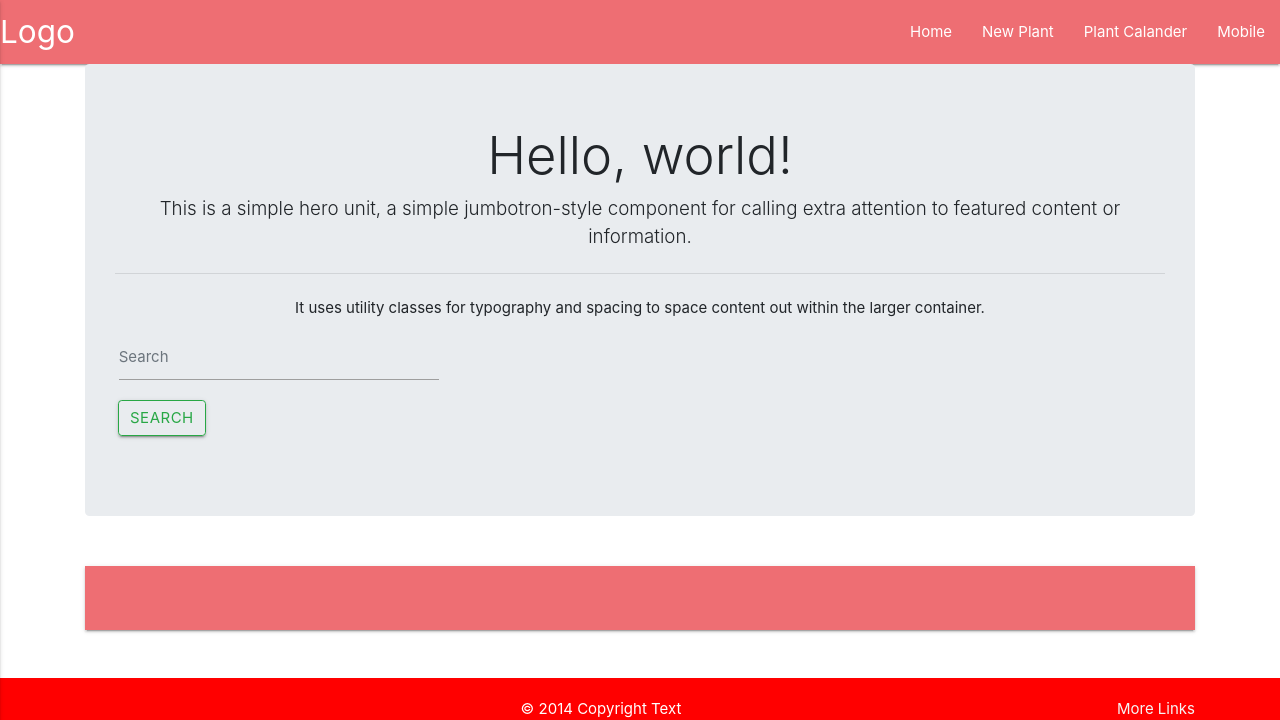
Repository: Lemoenskil/Milestone_project_3_Garden_planner
Page: http://localhost/
The author's editor kept a record of every edit. The page is drawn from the files as they stood at one moment, then again after the next edit.
The browser window is 1280 px wide. The pictures show the whole page.
Some web libraries are served in a nearby version. The page is served by the project's application, run on Flask 3 (app.py). Queries for data that is not in the repository find no rows.

Above is the page before.
Console error: TypeError: $(...).floatingActionButton is not a function

After the next edit:
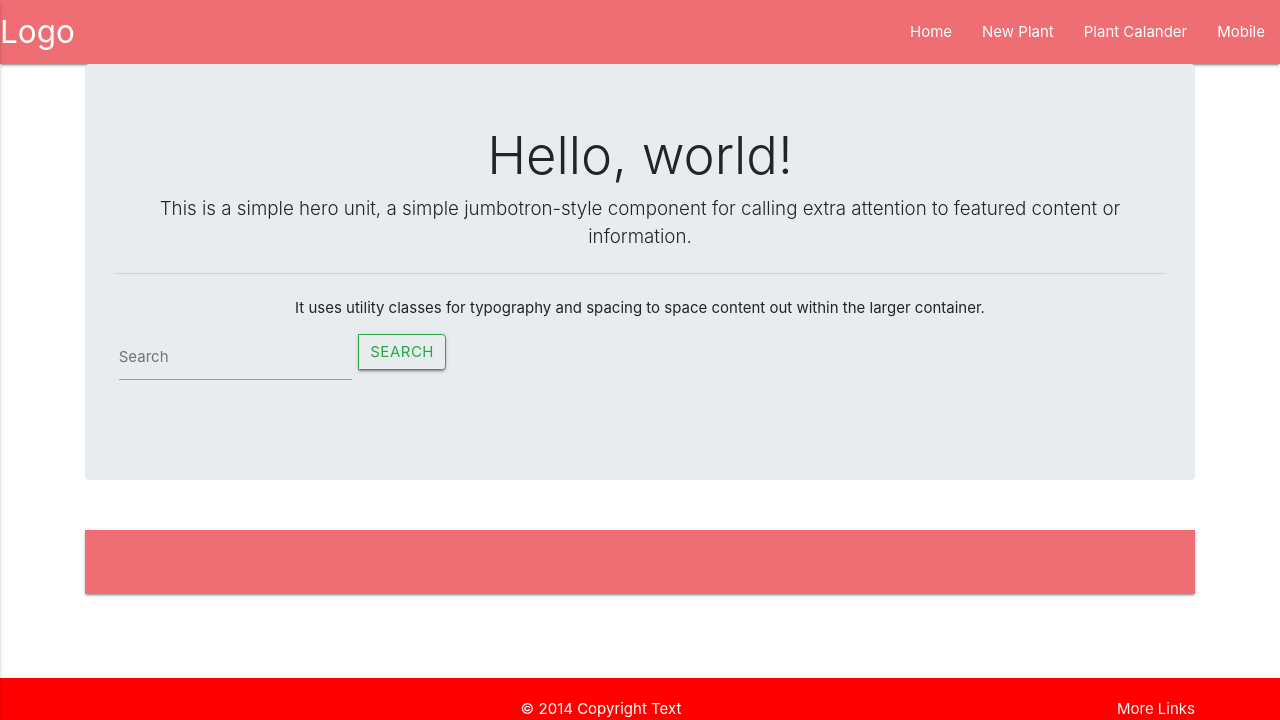
The edit:
--- a/templates/plant_records.html
+++ b/templates/plant_records.html
@@ -9,8 +9,8 @@
         <p>It uses utility classes for typography and spacing to space content out within the larger container.</p>
         <div class="row">
           <div class="col-lg-4">
-            <form class="form-inline">
-              <input class="form-control mr-sm-2 input-group" type="search" placeholder="Search" aria-label="Search">
+            <form class="form-inline input-group">
+              <input class="form-control mr-sm-2" type="search" placeholder="Search" aria-label="Search">
               <div class="input-group-append">
               <button class="btn btn-outline-success my-2 my-sm-0 " type="submit">Search</button>
               </div>
